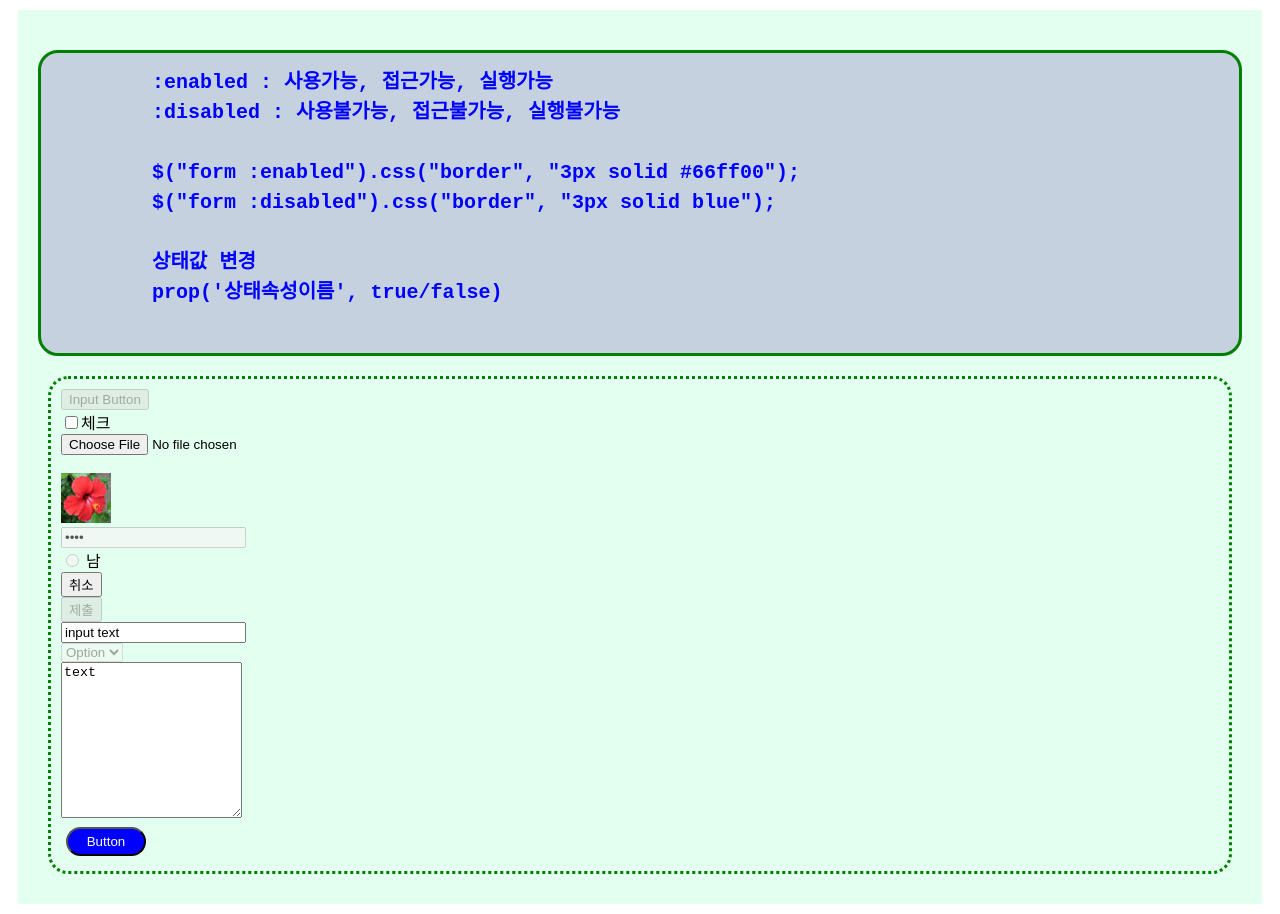
Repository: ypyp0205/jquery
Page: jqpro/WebContent/0212/123.html
An editor plug-in stored every save of this project. The page is shown before and after the next save, followed by the edit.
The browser window is 1280 px wide. The pictures show the whole page.

Above is the page before, as saved 2020-02-12 05:47:45.

### jqpro/WebContent/0212/123.html
<!DOCTYPE html>
<html>
<head>
<meta charset="UTF-8">
<title>Insert title here</title>
<link rel="stylesheet" href="../CSS/mystyle.css">
<script src="../js/jquery-3.4.1.min.js" type="text/javascript"></script>

<script type="text/javascript">
	$(function(){

		$('#btn1').on('click', function(){




		//disabled와  enabled  인 것들의 테두리 변경
		$("form :enabled").css("border", "3px solid #66ff00");
		$("form :disabled").css("border", "3px solid blue");

		})



	})
</script>
</head>
<body>

	<div class="box">

		<h2></h2>

		<pre>
	:enabled : 사용가능, 접근가능, 실행가능
	:disabled : 사용불가능, 접근불가능, 실행불가능

	$("form :enabled").css("border", "3px solid #66ff00");
	$("form :disabled").css("border", "3px solid blue");

	상태값 변경
	prop('상태속성이름', true/false)
		</pre>




		<div>
		<form>
<input type="button" name="disButton" value="Input Button" disabled><br>
<input type="checkbox" name="enCheckbox" >체크<br>
<input type="file" name="disFile"  ><br>
<input type="hidden" name="enHidden"  value=“”> <br>
<input type="image" src="../images/image.1.jpg" alt="Submit" disabled><br>
<input type="password"  value="1111" name="enPassword" disabled > <br>
<input type="radio" name="disRadio"  value="남" disabled> 남<br>
<input type="reset" name="enReset" value="취소"><br>
<input type="submit" name="disSubmit" value="제출" disabled> <br>
<input type="text" name="enText" value="input text"  > <br>
<select name="disSelect" disabled><option>Option</option></select><br>
<textarea name="enTextarea" rows=10 cols=20 >text</textarea><br>
<button id="btn1" type='button'>Button</button><br>
</form>
		</div>
</div>
</body>
</html>

### jqpro/WebContent/CSS/mystyle.css
@CHARSET "UTF-8";

pre {
	height: auto;
	background: #efffef;
	border: 3px solid green;
	font-size: 20px;
	padding: 10px;
	border-radius: 20px;
}

.box {
	background: #e3ffef;
	margin: 10px;
	height: auto;
	padding: 20px;
}

.box div {
	border: 3px dotted green;
	height: auto;
	margin: 10px;
	padding: 10px;
	border-radius: 20px;
}

.box button {
	color: white;
	background: blue;
	padding: 5px;
	margin: 5px;
	width: 80px;
	border-radius: 40px;
}

.box pre {
	padding: 15px;
	color: blue;
	background: rgb(197, 209, 222);
	line-height: 1.5em;
	font-weight: bold;
	}

Loaded but not shown: jqpro/WebContent/js/jquery-3.4.1.min.js (library)

After the next save:
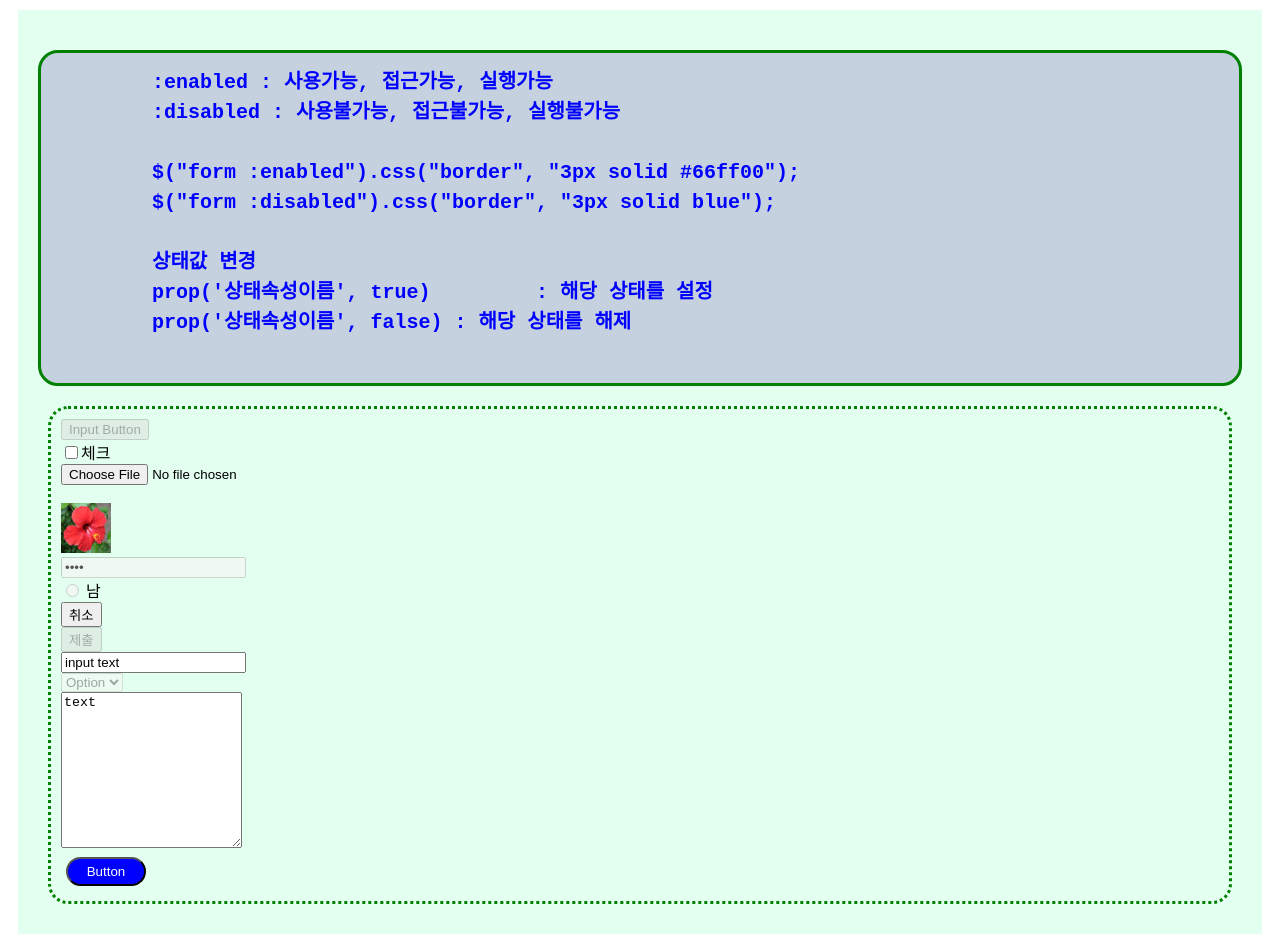
Saved 50 s later.
--- a/jqpro/WebContent/0212/123.html
+++ b/jqpro/WebContent/0212/123.html
@@ -39,7 +39,8 @@
 	$("form :disabled").css("border", "3px solid blue");
 
 	상태값 변경
-	prop('상태속성이름', true/false)
+	prop('상태속성이름', true) 	: 해당 상태를 설정
+	prop('상태속성이름', false) : 해당 상태를 해제
 		</pre>
 
 
